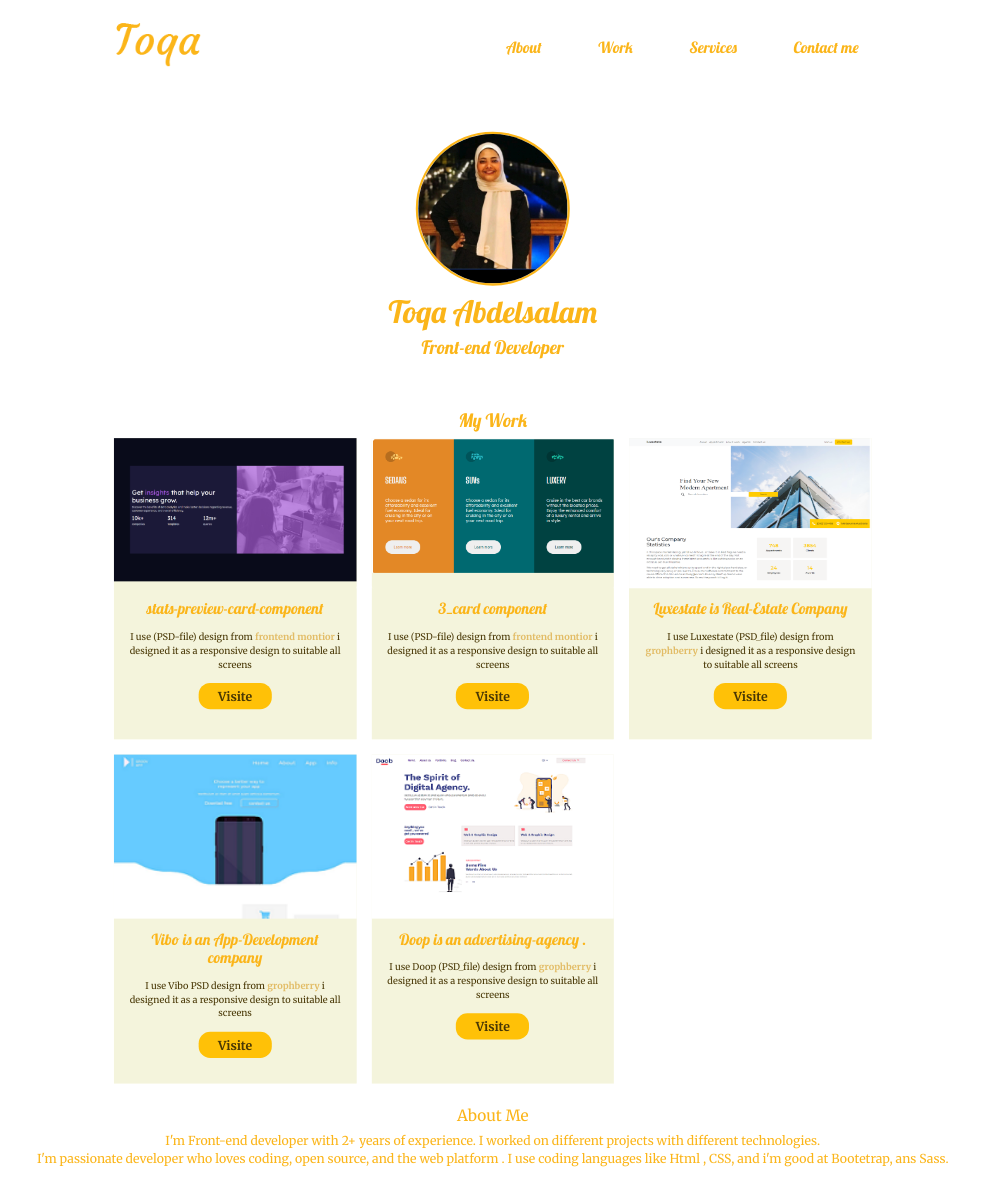
Repository: Toqa-25/portfolio
Page: index.html
These files come from the project's save history. The page is drawn as it stood at one moment and after a run of saves; the edit follows.
The browser window is 1280 px wide. The pictures show the whole page, at 77% of full size.
Some web fonts or font styles are not loaded; a fallback is used.

Above is the page before, as saved 2021-11-01 01:11:20.

### index.html
<!DOCTYPE html>
<html lang="en">
<head>
    <meta charset="UTF-8">
    <meta http-equiv="X-UA-Compatible" content="IE=edge">
    <meta name="viewport" content="width=device-width, initial-scale=1.0">
    <title>Toqa Portfolio</title>
      <!-- bootstrap file -->
      <link rel="stylesheet" href="css/all.min.css">
      <link rel="stylesheet" href="css/bootstrap.css">
      <!-- css file -->
      <link rel="stylesheet" href="css/style.css">
      <!-- fonts -->
      <link rel="preconnect" href="https://fonts.googleapis.com">
<link rel="preconnect" href="https://fonts.gstatic.com" crossorigin>
<link href="https://fonts.googleapis.com/css2?family=Lobster&family=Otomanopee+One&display=swap" rel="stylesheet">
<link rel="preconnect" href="https://fonts.googleapis.com">
<link rel="preconnect" href="https://fonts.gstatic.com" crossorigin>
<link href="https://fonts.googleapis.com/css2?family=Merriweather:ital,wght@0,300;0,400;0,700;0,900;1,300;1,400;1,700;1,900&display=swap" rel="stylesheet">
<link rel="preconnect" href="https://fonts.googleapis.com">
<link rel="preconnect" href="https://fonts.gstatic.com" crossorigin>
<link href="https://fonts.googleapis.com/css2?family=Bebas+Neue&family=Oswald:wght@200;300;400;500;600;700&display=swap" rel="stylesheet">
<link rel="preconnect" href="https://fonts.googleapis.com">
<link rel="preconnect" href="https://fonts.gstatic.com" crossorigin>
<link href="https://fonts.googleapis.com/css2?family=Montserrat:wght@100;200;300;400;500;600;700;800;900&family=PT+Sans:ital,wght@0,400;0,700;1,700&family=Roboto:wght@100;300;400;500;700;900&display=swap" rel="stylesheet">
</head>
<body>
        <!-- header section -->
    <header class="pad">
       <div class="container">
         <div class="header-content">
           <div class="header-logo">
             <img src="images/logo.png" alt="logo">
           </div>
           <div class="bar">
             <svg xmlns="http://www.w3.org/2000/svg" width="35" height="35" fill="#fbb519" class="bi bi-list" viewBox="0 0 16 16">
               <path fill-rule="evenodd" d="M2.5 12a.5.5 0 0 1 .5-.5h10a.5.5 0 0 1 0 1H3a.5.5 0 0 1-.5-.5zm0-4a.5.5 0 0 1 .5-.5h10a.5.5 0 0 1 0 1H3a.5.5 0 0 1-.5-.5zm0-4a.5.5 0 0 1 .5-.5h10a.5.5 0 0 1 0 1H3a.5.5 0 0 1-.5-.5z"/>
             </svg>
              <ul class="hidden-list unlist list">
              <li>About</li>
              <li>Work</li>
              <li>Services</li>
              <li>Contact me</li>
              <li>Reviews</li>
            </ul>
           </div>
           <div class="header-nav">
             <ul class="list unlist">
                 <li>About</li>
                 <li>Work</li>
                 <li>Services</li>
                 <li>Contact me</li>
                 <!-- <li>Reviews</li> -->
             </ul>

           </div>
         </div>
         </div>
        </header><!-- end header section -->
        <!-- information  section -->
    <section  class="inform pad">
      <div class="main-inform " role="main">
        <div class="inform-info">
        <img src="images/toqa.jpg" alt=""><br>
        <h1>Toqa Abdelsalam</h1>
        <h4>Front-end Developer</h4>
      </div>
      </div>
    </section> <!-- end information  section -->

      <!-- my-work  section -->
      <section class="pad work">
        <div class="container">
          <h4 class="work-head">My Work</h4>
          <div class="work-content">
      <div class="work-card" role="menu">
        <div class="card-img">
          <img src="images/my-work/preview-card/desktop_stats-preview-card-component-main_.png" alt="">
        </div>
        <div class="card-info">
          <h5 class="card-title">stats-preview-card-component </h5>
          <p class="card-info-text"> I use  (PSD-file) design from <span> <a href="https://www.frontendmentor.io/">frontend montior</a></span>
        i designed it as a responsive design to suitable all screens
         </p>
      <button class="card-button"><a href="https://toqa-25.github.io/stats-preview-card-component-main/">Visite</a></button>
        </div>
 </div>
      <div class="work-card" role="menu">
        <div class="card-img">
          <img src="images/my-work/3-card-component/desktop_3-cards-component_.png" alt="">
        </div>
        <div class="card-info">
          <h5 class="card-title">3_card component </h5>
          <p class="card-info-text"> I use  (PSD-file) design from <span> <a href="https://www.frontendmentor.io/">frontend montior</a></span>
        i designed it as a responsive design to suitable all screens
         </p>
      <button class="card-button"><a href="https://toqa-25.github.io/stats-preview-card-component-main/">Visite</a></button>
        </div>
 </div>
      <div class="work-card" role="menu">
        <div class="card-img">
          <img src="images/my-work/luxestate/destop-luxestate - Copy (1).png" alt="">
        </div>
        <div class="card-info">
          <h5 class="card-title">Luxestate is Real-Estate Company  </h5>
          <p class="card-info-text">I use Luxestate (PSD_file) design from <span> <a href="https://www.graphberry.com/">grophberry</a></span>
    i designed it as a responsive design to suitable all screens
         </p>
      <button class="card-button"><a href="https://toqa-25.github.io/stats-preview-card-component-main/">Visite</a></button>
        </div>
 </div>
      <div class="work-card" role="menu">
        <div class="card-img">
          <img src="images/my-work/vibo/Vibo_App(desktop)_toqa-25.github.io2.png" alt="">
        </div>
        <div class="card-info">
          <h5 class="card-title">Vibo is an App-Development company</h5>
          <p class="card-info-text">I use Vibo PSD design from <span> <a href="https://www.graphberry.com/">grophberry</a></span>
                  i designed it as a responsive design to suitable all screens
         </p>
      <button class="card-button"><a href="https://toqa-25.github.io/stats-preview-card-component-main/">Visite</a></button>
        </div>
 </div>
      <div class="work-card" role="menu">
        <div class="card-img">
          <img src="images/my-work/simple/web_design.png" alt="">
        </div>
        <div class="card-info">
          <h5 class="card-title">Doop is an advertising-agency .</h5>
          <p class="card-info-text doop-text">I use Doop (PSD_file) design from <span> <a href="https://www.graphberry.com/">grophberry</a></span>
            i designed it as a responsive design to suitable all screens
         </p>
      <button class="card-button"><a href="https://toqa-25.github.io/stats-preview-card-component-main/">Visite</a></button>
        </div>
 </div>
      <!--

      <div class="project card" role="menu">
          <img src="images/web_design.png" alt="">
          <p>Doop is an advertising-agency .
        I use Doop (PSD_file) design from <span> <a href="https://www.graphberry.com/">grophberry</a></span>
    i designed it as a responsive design to suitable all screens <br>
    <button><a href="https://toqa-25.github.io/simply-agency/">Visit </a></button>
   </p>
   </div>
   <div class="project card" role="menu">
    <img src="images/toqa-25.github.io_landing-meeting-page_desktop.png" alt="">
    <p>Metting landing page
  I use  design from <span> <a href="https://www.frontendmentor.io/">grophberry</a></span>
i designed it as a responsive design to suitable all screens <br>
<button><a href="https://toqa-25.github.io/landing-meeting-page/">Visite</a></button>
</p>
</div> -->
   </div>
   </div>
      </section>

      <section class="section about">

          <h5>About Me</h5>
      <p> I'm Front-end developer with 2+ years of experience. I worked on different projects with different technologies. <br>
       I'm passionate developer who loves coding, open source, and the web platform .
       I use coding languages like Html , CSS, and i'm good at Bootetrap, ans Sass. </p>
      </section>

</body>
</html>

### css/style.css
/*
    public style
***********************
*/
:root{
    --main-color:#fbb519;
    --section-padding:30px;
}
* {
    box-sizing: border-box;
    margin: 0;
    padding: 0;
}
body{
    font-family: 'Merriweather', serif;
    color:var(--main-color);
}
.pad{
    padding: var(--section-padding) 0;
}
.container
{
  width: 80%;
  margin:auto;
  padding: 0 20px;
}

 .unlist{
     list-style: none;
 }
 a{
     text-decoration: none;
 }
/*
    header style
***********************
*/
 header{
    font-family: 'Lobster', cursive;
 }
 .header-content{
    display: flex;
}
.header-logo{
    width:50%;
}
.bar{
    position: relative;
    display: none;
    margin: auto 20px;
     transition: .2s;
     cursor: pointer;
     width: 50%;
    /* text-align: right; */
    justify-content: flex-end;
}
 .header-nav{
   min-width: 50%;
    display: flex;
    justify-content: flex-end;
 }
 .header-nav .list{
     width: 100%;
     display: flex;
     justify-content: space-between;
     align-items: center;
     padding: 17px;
 }
  .list li{
     font-size: 20px;
     transition: .2s;
     -webkit-transition: .2s;
     -moz-transition: .2s;
     -ms-transition: .2s;
     -o-transition: .2s;
     cursor: pointer;
     margin-bottom: 2px;
    }
     .list li:hover{
        border-bottom: 2px solid var(--main-color);
    }
    .hidden-list{
         text-align: center;
         position: absolute;
         width: 120px;
         top: 3px;
         right: -70px;
         background-color: #f5f5dc91;
         padding: 10px;
         border-radius: 25px;
         -webkit-border-radius: 25px;
         -moz-border-radius: 25px;
         -ms-border-radius: 25px;
         -o-border-radius: 25px;
         transition: .2s;
         -webkit-transition: .2s;
         -moz-transition: .2s;
         -ms-transition: .2s;
         -o-transition: .2s;
         visibility: hidden;
         display: none;
}
/* media quary for header*/
 @media (max-width: 991px){
   .header-nav {
      display: none;
  }
  .bar{
      display: flex;
  }
  .bar:hover .hidden-list{
    visibility: visible;
    display: block;
  }
}
/*
    my-information&image style
  ********************************
 */
 .main-inform{
     color: var(--main-color);
    text-align: center;
    height: 300px;
    display: flex;
    align-items: center;
    justify-content: center;
    font-family: 'Lobster', cursive;
}
.main-inform img{
    width: 200px;
    height: 200px;
    border:3px solid;
    border-radius: 50%;
    -webkit-border-radius: 50%;
     -moz-border-radius: 50%;
     -ms-border-radius: 50%;
     -o-border-radius: 50%;
     margin-bottom: 10px;
    }
/*
    my-work style
********************************
*/
.work{
text-align: center;
}
 .work-content{
    display: grid;
    grid-template-columns:repeat(3,1fr);
    grid-template-rows: minmax(1fr,350px);
    gap:20px;
 }
 .work .work-head{
    text-align: center;
    font-family: 'Lobster';
 }
 .work-card{
 background-color: #f5f5dce8;
 }
 .card-img{
     width:100%;
     height:50%;
     background-color: #f5f5dce8;
 }
 .card-img img{
     width:100%;
     max-height: 100%;
     transition: .2s;
     -webkit-transition: .2s;
     -moz-transition: .2s;
     -ms-transition: .2s;
     -o-transition: .2s;
}

 .card-img img:hover{
   transform: scale(1.1);
   -webkit-transform: scale(1.1);
   -moz-transform: scale(1.1);
   -ms-transform: scale(1.1);
   -o-transform: scale(1.1);
}
 .card-info{
     text-align: center;
     width: 100%;
     height: 50%;
    background-color: #f5f5dce8;
    padding: 15px;
 }
 .card-title{
         font-family: 'Lobster', cursive;
 }

.card-info-text{
    margin:15px 0;
    font-size: 12px;
    font-weight: 400;
    /* padding: 2px; */
    text-align: center;
    color:#483705;
}
.card-info-text a{
    text-decoration: none;
    color: #e2bc66;
    font-weight: bolder;
}
/* .card p{
  margin:15px 0 ;
} */

.card-button{
    width: 95px;
    text-align: center;
    background-color: #ffc107;
     color:#483705;
    border: none;
    border-radius: 15px;
    padding: 5px;
    /*margin-top: 7px; */
    transition: .2s;
    -webkit-transition: .2s;
    -moz-transition: .2s;
    -ms-transition: .2s;
    -o-transition: .2s;
    font-weight: bold;
}
.card-button:hover{
     transform: scale(1.1);
     -webkit-transform: scale(1.1);
      -moz-transform: scale(1.1);
      -ms-transform: scale(1.1);
       -o-transform: scale(1.1);
}
.card-button a{
    text-decoration: none;
    color: #483705;
}

.about{
    text-align: center;

}

/*
media quary style
***************************************
//extra small devices @media (maxwidth:575px)
//small devices @media (maxwidth:767px)
//medium devices @media (maxwidth:991px)
//large devices @media (maxwidth:1199px)
*/
/* .card {
    width: 100%;
    height: 100%;
    position: relative;
    display: flex;
    flex-direction: column;
    min-width: 0;
    word-wrap: break-word;
    background-color: black;
    background-clip: border-box;
    border: 4px solid var(--main-color);
    border-radius: 0.3rem;
}

.card img{
    max-width:100%;
    max-height: 150px;
    border-bottom: 3px solid;
} */

Loaded but not shown: css/all.min.css (library); css/bootstrap.css (library)

After the next 2 saves:
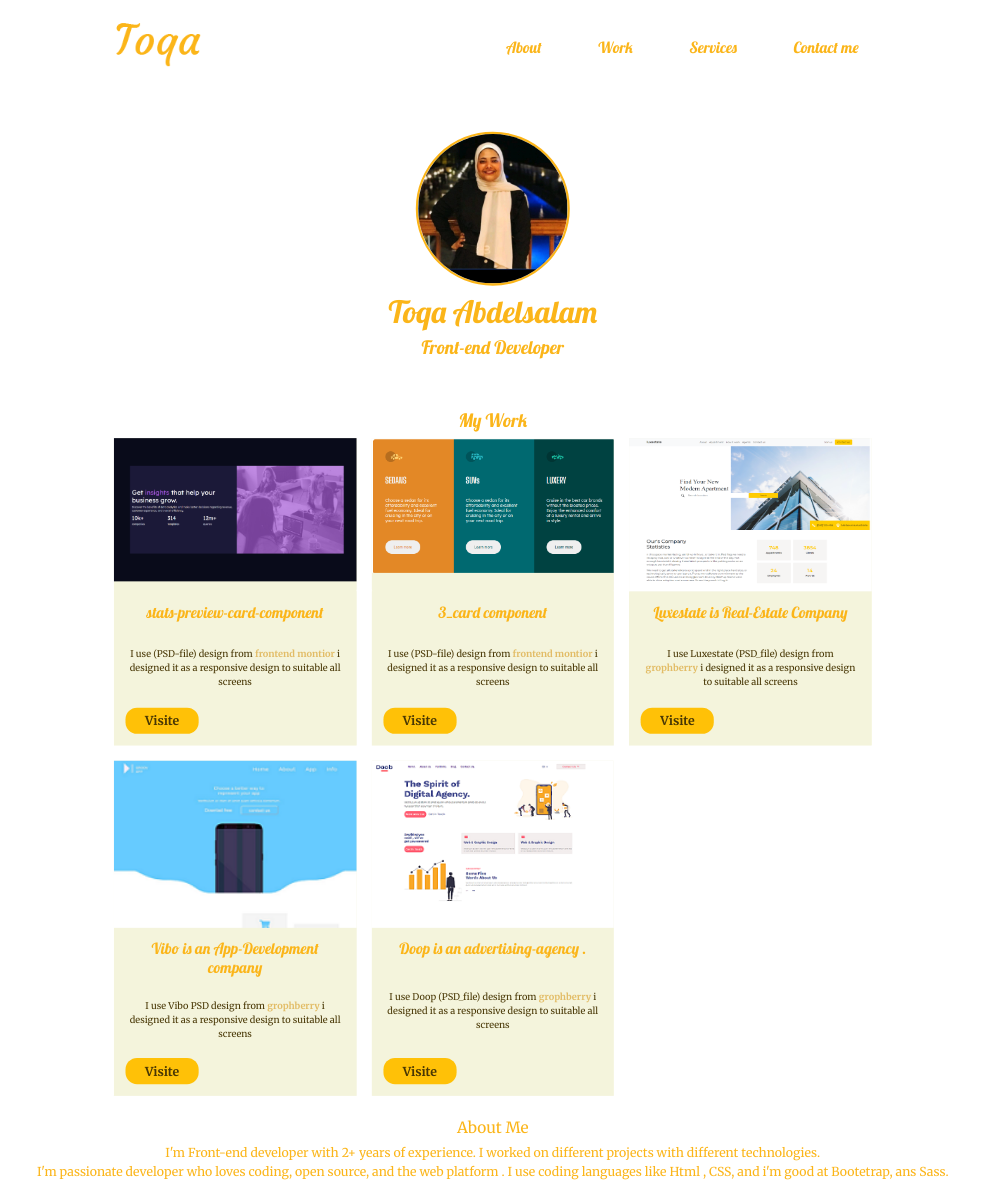
The 2 saves are shown as one change because they came seconds apart.
The last was saved 2 min 0 s later.
--- a/css/style.css
+++ b/css/style.css
@@ -180,6 +180,9 @@ text-align: center;
    -o-transform: scale(1.1);
 }
  .card-info{
+     display: flex;
+    flex-direction: column;
+    justify-content: space-between;
      text-align: center;
      width: 100%;
      height: 50%;
